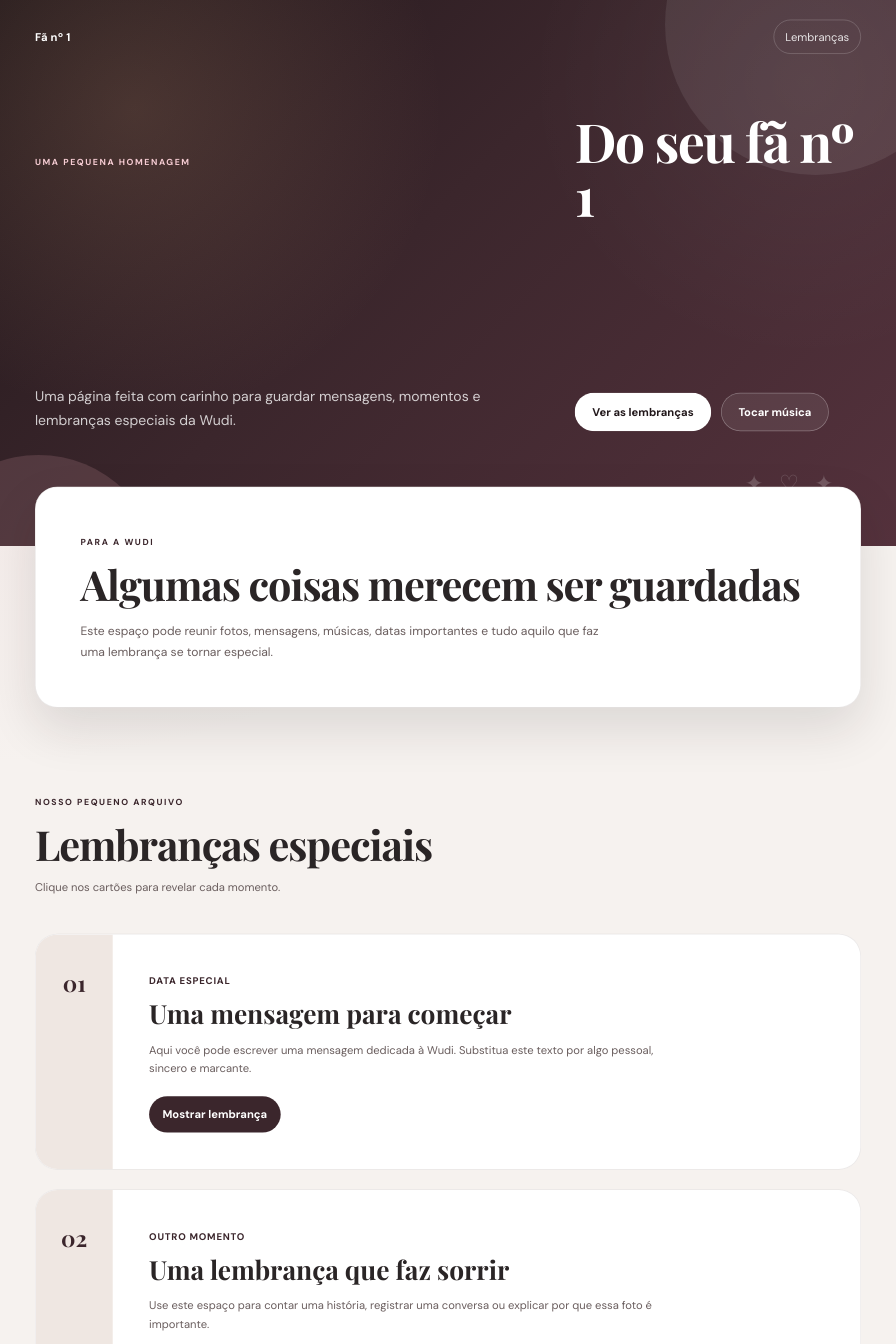
Repository: rrresck/do-seu-fa-numero-1
Page: index.html
An editor plug-in stored every save of this project. The page is shown before and after the next save, followed by the edit.
The browser window is 1280 px wide. The pictures show the part of the page from y = 0 to 1920 px (the page is 3175 px tall), at 70% of full size.

Above is the page before, as saved 2026-07-24 15:34:57.

After the next save:
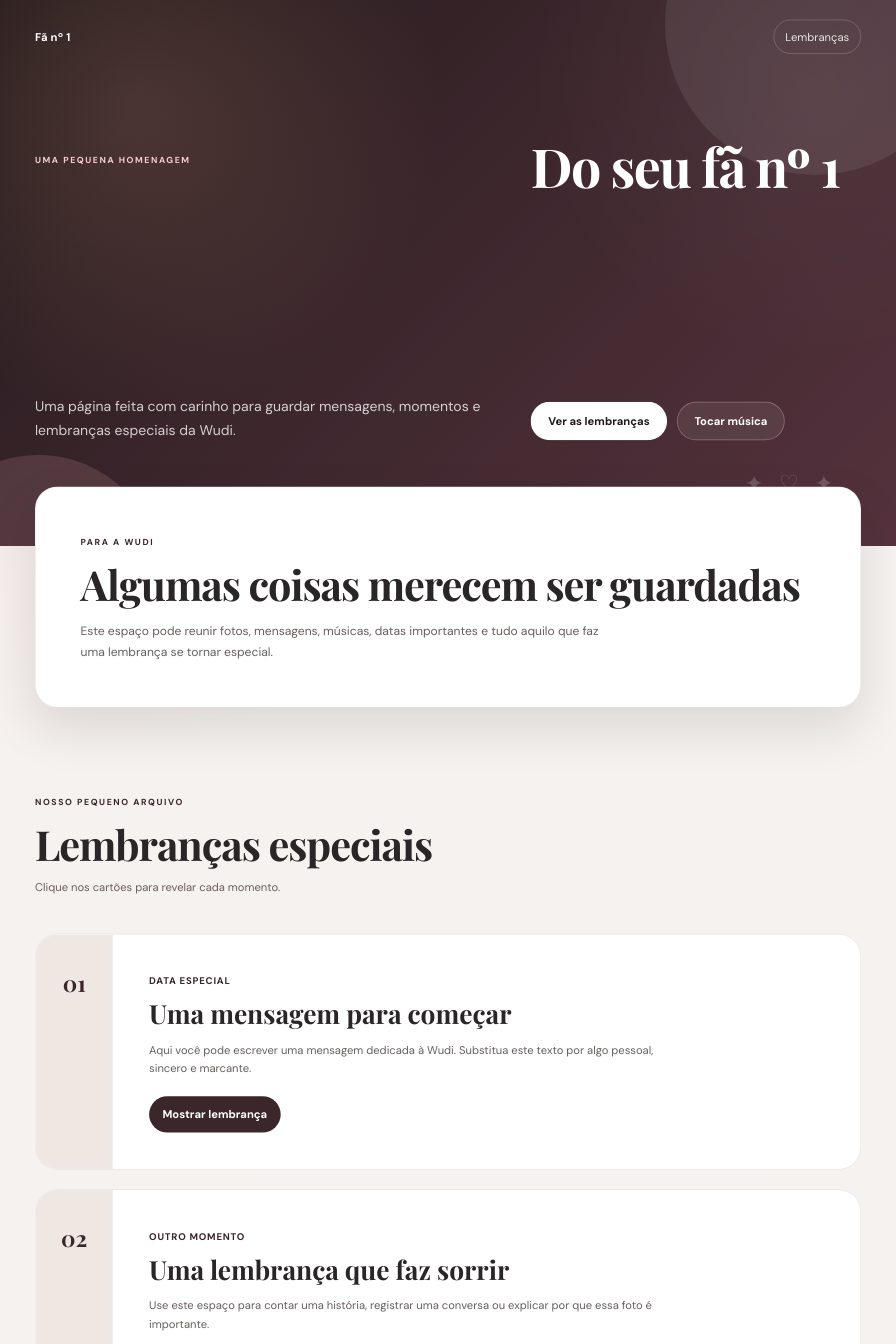
Saved 3 min 37 s later.
--- a/css/styles.css
+++ b/css/styles.css
@@ -159,15 +159,90 @@ a {
     color: var(--primary-dark);
 }
 
-.hero-content {
-    position: relative;
-    z-index: 2;
-    display: grid;
-    min-height: 570px;
-    grid-template-columns: minmax(0, 1.25fr) minmax(280px, 0.75fr);
-    align-items: center;
-    gap: clamp(40px, 7vw, 100px);
-    max-width: var(--container);
+.hero-content{
+
+    position:relative;
+
+    z-index:2;
+
+    display:grid;
+
+    grid-template-columns:
+        1.15fr
+        .85fr;
+
+    align-items:center;
+
+    gap:70px;
+
+    min-height:620px;
+
+    max-width:var(--container);
+
+}
+
+.hero-copy{
+
+    max-width:720px;
+
+}
+
+.hero-photo{
+
+    position:relative;
+
+    margin:0;
+
+    padding:14px;
+
+    border-radius:30px;
+
+    background:
+        rgba(255,255,255,.08);
+
+    backdrop-filter:blur(8px);
+
+    box-shadow:
+        0 35px 80px rgba(0,0,0,.35);
+
+    transform:rotate(2deg);
+
+    transition:.4s;
+
+}
+
+.hero-photo:hover{
+
+    transform:
+        rotate(0deg)
+        translateY(-6px);
+
+}
+
+.hero-photo img{
+
+    display:block;
+
+    width:100%;
+
+    aspect-ratio:4/5;
+
+    object-fit:cover;
+
+    border-radius:22px;
+
+}
+
+.hero-photo figcaption{
+
+    padding-top:14px;
+
+    text-align:center;
+
+    color:rgba(255,255,255,.75);
+
+    font-style:italic;
+
 }
 
 .eyebrow,
